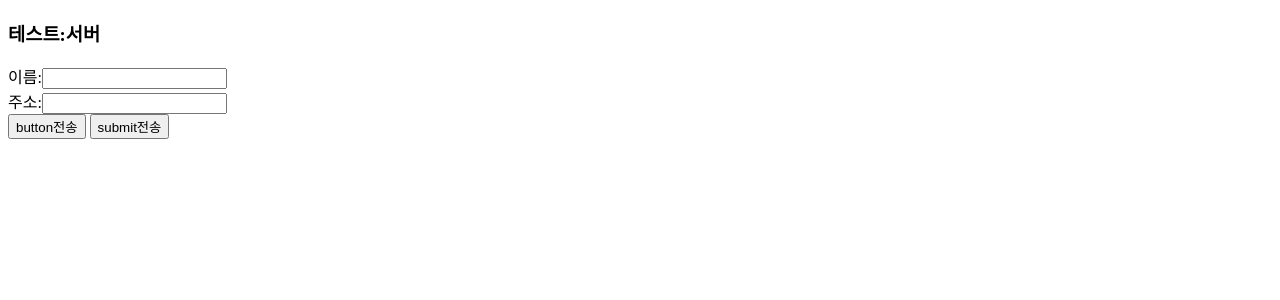
Repository: yubeens/JSP
Page: http://localhost/JSP_Project/exam/test.jsp
These files come from the project's save history. The page is drawn as it stood at one moment and after the next save; the edit follows.
The browser window is 1280 px wide. The pictures show the whole page.
The page is served by Tomcat 9. Other server files are loaded and not shown.

Above is the page before, as saved 2025-02-27 01:27:17.

### JSP_Project/src/main/webapp/exam/test.jsp
<%@ page language="java" contentType="text/html; charset=UTF-8"
    pageEncoding="UTF-8"%>
<!DOCTYPE html>
<html>
<head>
<meta charset="UTF-8">
<title>Insert title here</title>
</head>
<body>
<h3>테스트:서버</h3>
<form>
이름:<input type="text"><br/>
주소:<input type="text"><br/>
<input type="button" value="button전송"/>
<input type="submit" value="submit전송"/>
</form>

</body>
</html>

After the next save:
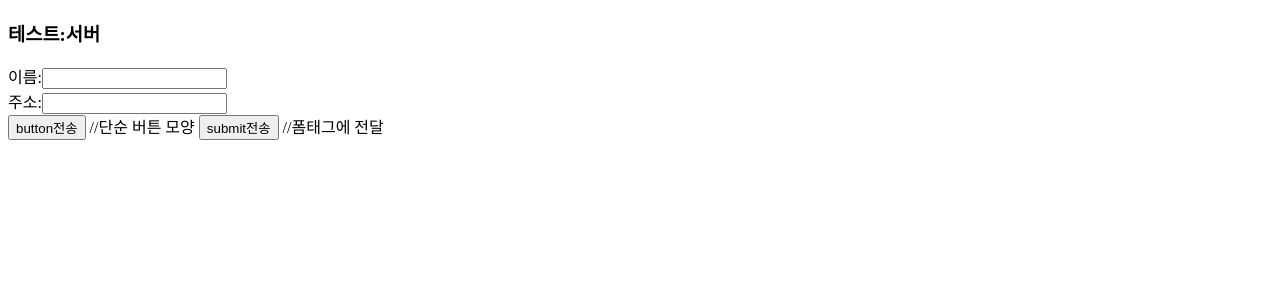
Saved 85 s later.
--- a/JSP_Project/src/main/webapp/exam/test.jsp
+++ b/JSP_Project/src/main/webapp/exam/test.jsp
@@ -8,11 +8,11 @@
 </head>
 <body>
 <h3>테스트:서버</h3>
-<form>
+<form action="testResult.jsp">
 이름:<input type="text"><br/>
 주소:<input type="text"><br/>
-<input type="button" value="button전송"/>
-<input type="submit" value="submit전송"/>
+<input type="button" value="button전송"/>  //단순 버튼 모양
+<input type="submit" value="submit전송"/> //폼태그에 전달
 </form>
 
 </body>
